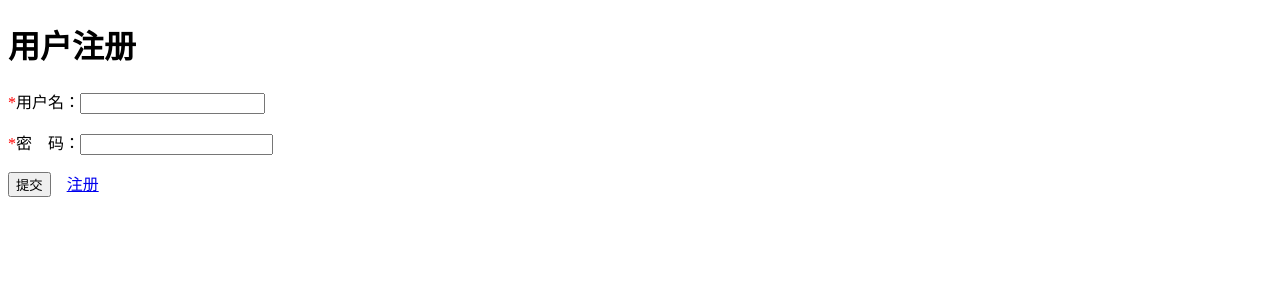
Repository: Nicoleqwerty/2018-
Page: web/hw3/WebContent/register.html
An editor plug-in stored every save of this project. The page is shown before and after the next save, followed by the edit.
The browser window is 1280 px wide. The pictures show the whole page.

Above is the page before, as saved 2018-07-03 11:41:20.

After the next save:
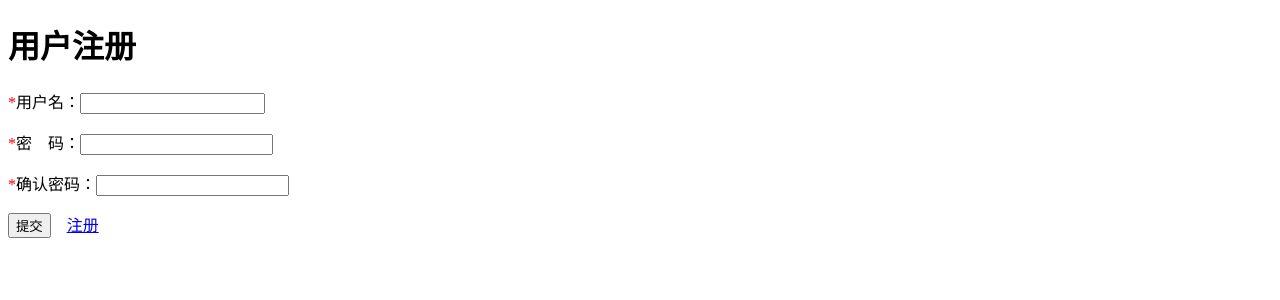
Saved 39 s later.
--- a/web/hw3/WebContent/register.html
+++ b/web/hw3/WebContent/register.html
@@ -12,10 +12,11 @@
 		</p>
 		<p align="left">
 			 <span style="color:red">*</span>密&nbsp;&nbsp;&nbsp;&nbsp;码：<input name="mm" type="password" size=21>
-
 		</p>
-		<input type="submit" value="提交"> &nbsp;&nbsp;&nbsp;<a
-			href="register.html">注册</a>
+		<p align="left">
+			 <span style="color:red">*</span>确认密码：<input name="mm" type="password" size=21>
+		</p>
+		<input type="submit" value="提交"> &nbsp;&nbsp;&nbsp;<a href="register.html">注册</a>
 	</form>
 </body>
 </html>
